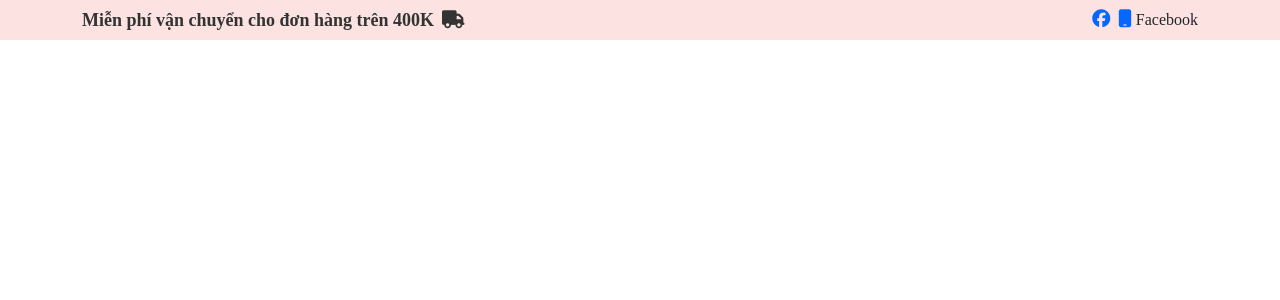
Repository: hoang28092000/kim-store
Page: index.html
An editor plug-in stored every save of this project. The page is shown before and after the next save, followed by the edit.
The browser window is 1280 px wide. The pictures show the whole page.
Some web libraries are served in a nearby version.

Above is the page before, as saved 2024-10-31 21:36:47.

After the next save:
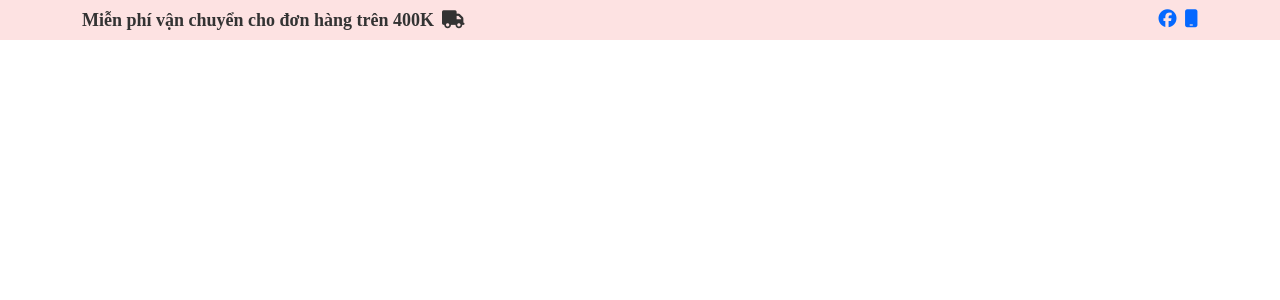
Saved 5 s later.
--- a/index.html
+++ b/index.html
@@ -22,7 +22,6 @@
                         </li>
                         <li class="icon">
                             <i class="fa-solid fa-mobile icon_mobie ms-2"></i>
-                            <span>Facebook</span>
                         </li>
                     </ul>
                 </div>
